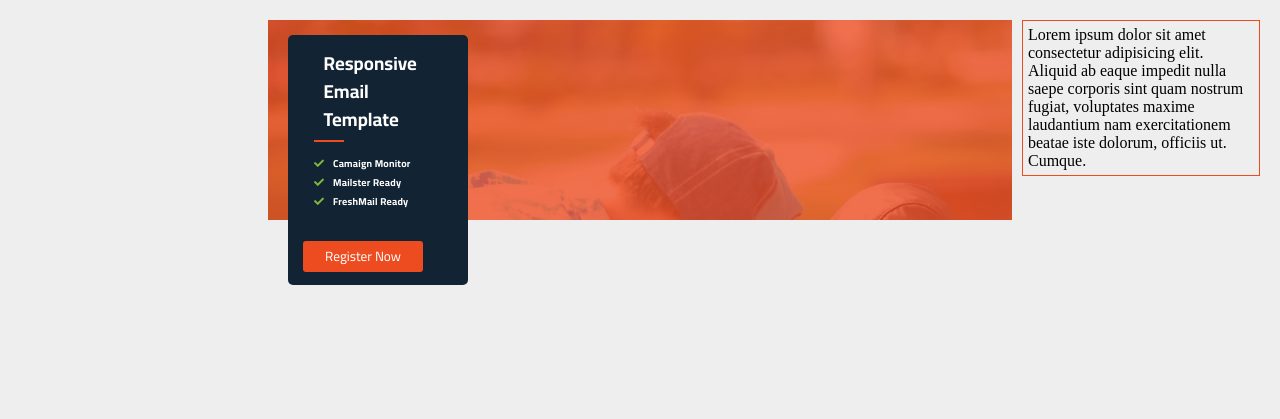
Repository: Z-ayat/Challenges
Page: Challenge 3/index.html
The author's editor kept a copy of each file at every save. The page is drawn from the files as they stood at one save, then again after the next save.
The browser window is 1280 px wide. The pictures show the whole page.

Above is the page before, as saved 2021-09-04 01:20:54.

After the next save:
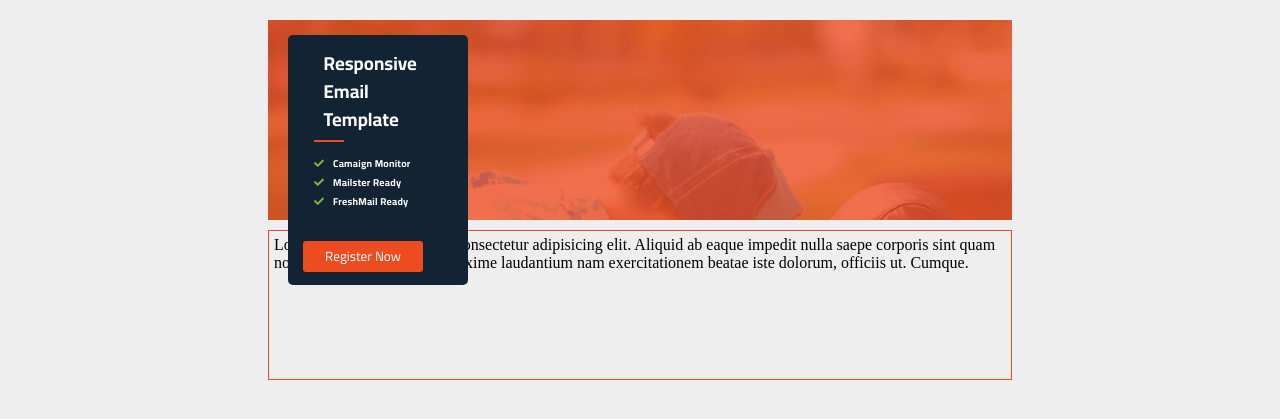
Saved 39 s later.
--- a/Challenge 3/styling/css/master.css
+++ b/Challenge 3/styling/css/master.css
@@ -138,7 +138,7 @@ div {
     -o-border-radius: 3px;
 }
 
-.bord {
+.nthere {
     grid-column-start: 2;
     grid-row-start: 2;
     border: var(--secondrycolor) solid 1px;
